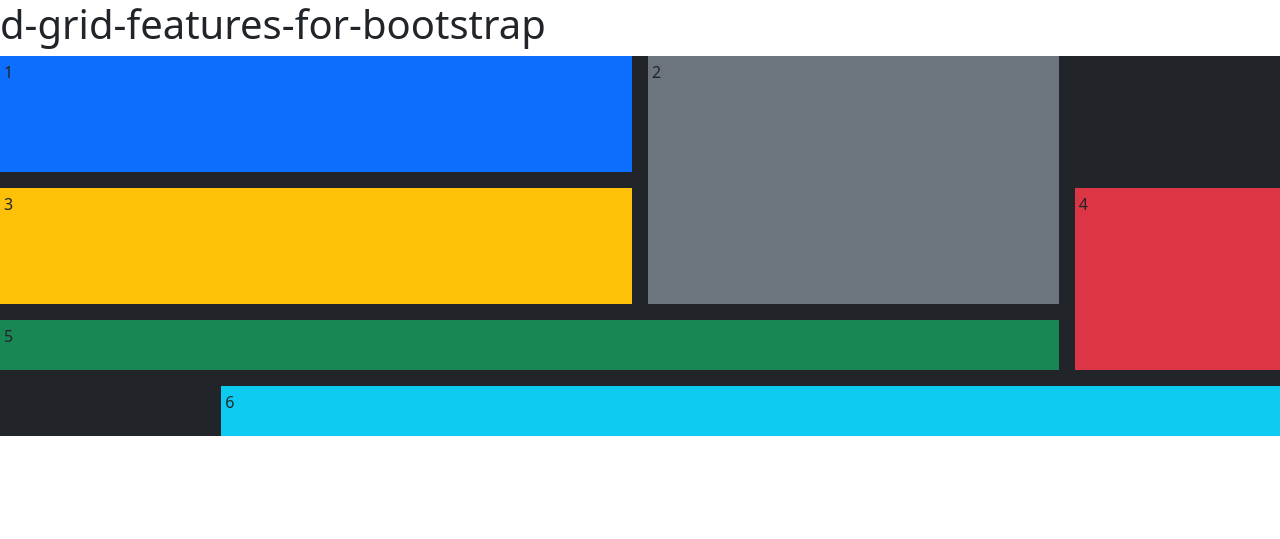
Repository: LynxPardelle/d-grid-features-for-bootstrap
Page: index.html
An editor plug-in stored every save of this project. The page is shown before and after the next save, followed by the edit.
The browser window is 1280 px wide. The pictures show the whole page.

Above is the page before, as saved 2021-10-20 05:11:39.

After the next save:
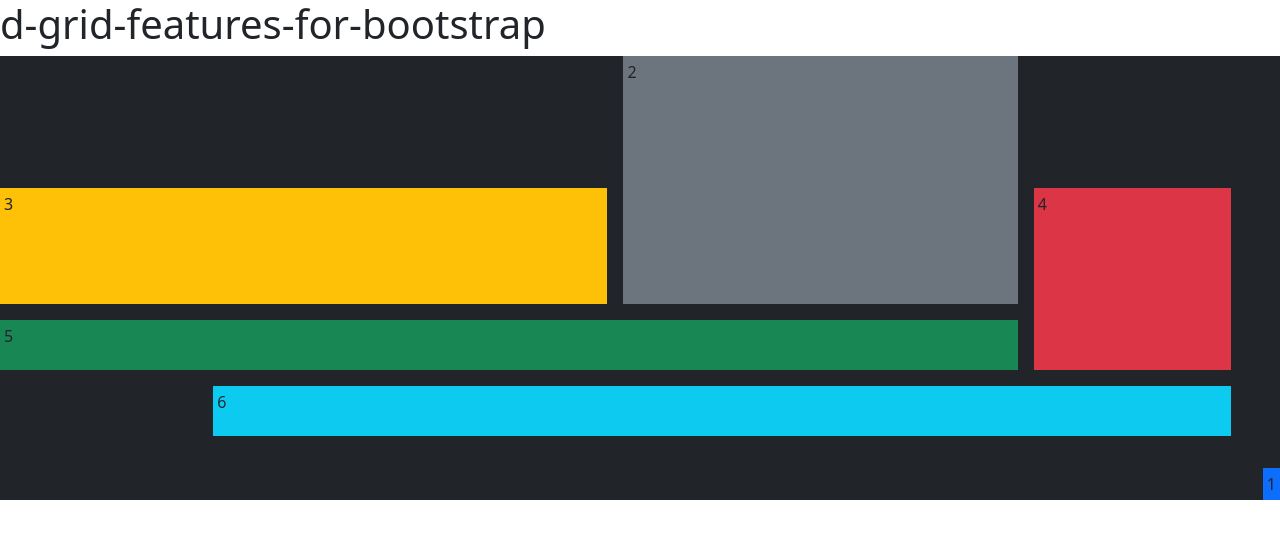
Saved 21 s later.
--- a/index.html
+++ b/index.html
@@ -24,7 +24,7 @@
       >
       <!-- data-gfbs-cg="1rem"
       data-gfbs-rg="1rem" -->
-    <div data-gfbs data-gfbs-iga="a" class="grid-element bg-primary p-1">
+    <div data-gfbs data-gfbs-iga="g" class="grid-element bg-primary p-1">
       1
     </div>
 

After the save that followed:
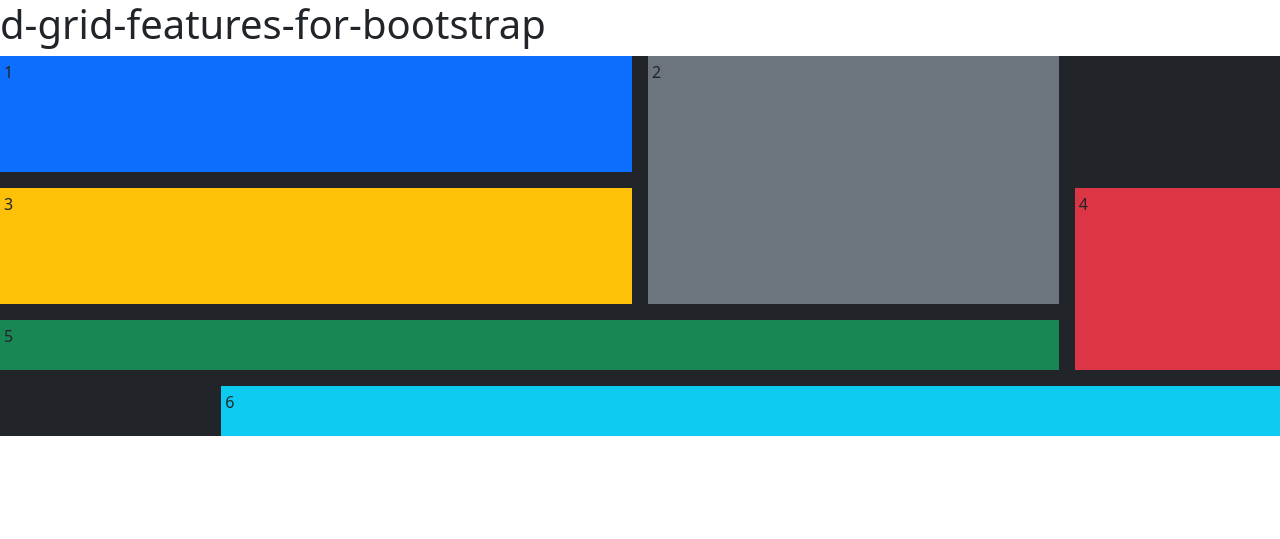
Saved 21 s later.
--- a/index.html
+++ b/index.html
@@ -24,7 +24,7 @@
       >
       <!-- data-gfbs-cg="1rem"
       data-gfbs-rg="1rem" -->
-    <div data-gfbs data-gfbs-iga="g" class="grid-element bg-primary p-1">
+    <div data-gfbs data-gfbs-iga="a" data-gfbs-iga-sm="g" class="grid-element bg-primary p-1">
       1
     </div>
 
